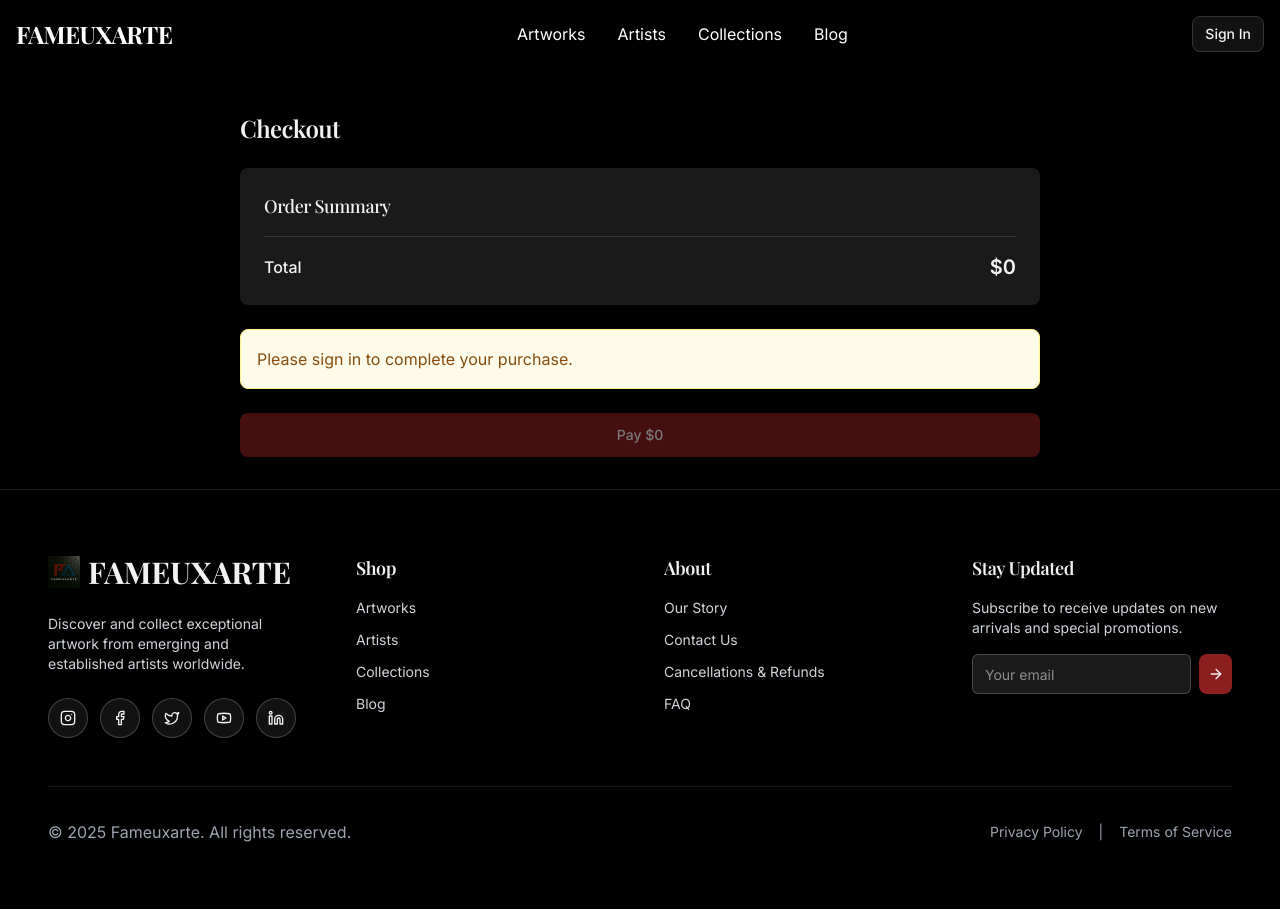
Repository: Arunkumar158/fameuxarte.com
Page: /checkout
An editor plug-in stored every save of this project. The page is shown before and after the next save, followed by the edit.
The browser window is 1280 px wide. The pictures show the whole page.
The page's requests for data from a server got no answer. Backgrounds fixed to the window are drawn as part of the page. The project was rebuilt for these pictures with package versions that can differ from the ones it lists, and the page was loaded fresh each time. No one was signed in, and anything a server would have sent is missing. Also part of the build but not shown: vite.config.ts, src/components/ui/tooltip.tsx, src/components/ui/dropdown-menu.tsx, src/components/shared/CurrencySelector.tsx, src/components/navigation/MobileMenu.tsx, src/components/home/HeroSection.tsx, src/components/home/AboutSection.tsx, src/components/ui/separator.tsx and 42 more.

Above is the page before, as saved 2025-07-13 14:49:39.

After the next save:
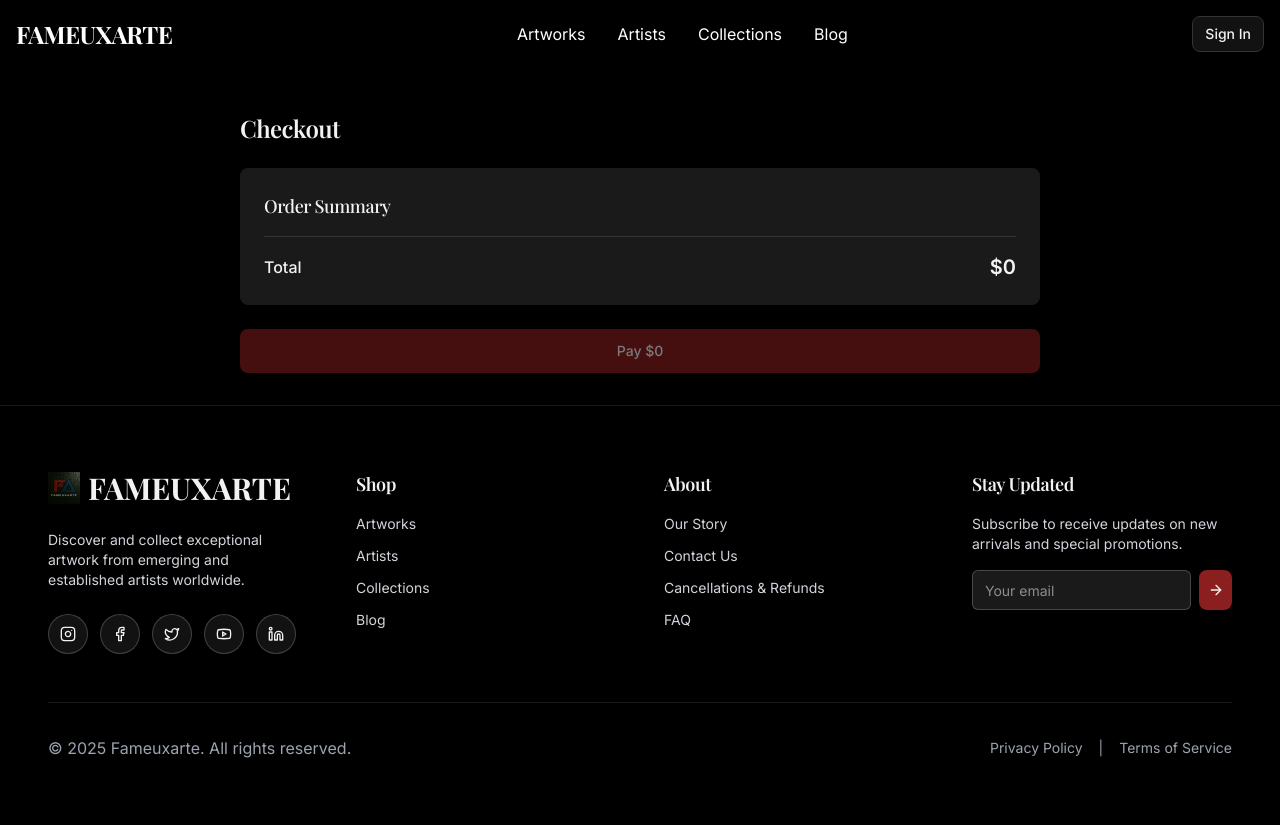
Saved 4 min 57 s later.
--- a/src/pages/Checkout.tsx
+++ b/src/pages/Checkout.tsx
@@ -5,7 +5,6 @@ import { Button } from "@/components/ui/button";
 import MainLayout from "@/components/layouts/MainLayout";
 import { supabase } from "@/integrations/supabase/client";
 import { useToast } from "@/hooks/use-toast";
-import { useAuth } from "@/contexts/AuthContext";
 
 declare global {
   interface Window {
@@ -15,7 +14,6 @@ declare global {
 
 const Checkout = () => {
   const { items, removeFromCart } = useCart();
-  const { user } = useAuth();
   const [isProcessing, setIsProcessing] = useState(false);
   const navigate = useNavigate();
   const { toast } = useToast();
@@ -25,64 +23,12 @@ const Checkout = () => {
     try {
       setIsProcessing(true);
 
-      if (!user) {
-        toast({
-          variant: "destructive",
-          title: "Authentication Required",
-          description: "Please sign in to complete your purchase.",
-        });
-        navigate('/auth');
-        return;
-      }
-
-      // Create order in database first
-      const { data: orderRecord, error: orderError } = await supabase
-        .from('orders')
-        .insert({
-          user_id: user.id,
-          total_amount: total,
-          status: 'pending',
-          billing_address: null, // Will be updated later
-          shipping_address: null, // Will be updated later
-        })
-        .select()
-        .single();
-
-      if (orderError) {
-        console.error('Error creating order record:', orderError);
-        throw new Error('Failed to create order');
-      }
-
-      // Create order items
-      const orderItems = items.map(item => ({
-        order_id: orderRecord.id,
-        artwork_id: item.artwork.id,
-        quantity: item.quantity,
-        price_at_purchase: item.artwork.price,
-      }));
-
-      const { error: itemsError } = await supabase
-        .from('order_items')
-        .insert(orderItems);
-
-      if (itemsError) {
-        console.error('Error creating order items:', itemsError);
-        throw new Error('Failed to create order items');
-      }
-
-      // Create Razorpay order
-      const { data: orderData, error: razorpayError } = await supabase.functions.invoke('create-order', {
-        body: {
-          items,
-          totalAmount: total,
-          orderId: orderRecord.id
-        }
+      // Create order on server
+      const { data: orderData, error: orderError } = await supabase.functions.invoke('create-order', {
+        body: { items, totalAmount: total }
       });
 
-      if (razorpayError) {
-        console.error('Razorpay order creation error:', razorpayError);
-        throw razorpayError;
-      }
+      if (orderError) throw orderError;
 
       // Load Razorpay script
       const script = document.createElement('script');
@@ -91,34 +37,30 @@ const Checkout = () => {
 
       script.onload = () => {
         const options = {
-          key: import.meta.env.VITE_RAZORPAY_KEY_ID || "rzp_test_i99VSCi7UUbsms", // Fallback to test key
+          key: "rzp_test_i99VSCi7UUbsms",
           amount: orderData.amount,
           currency: orderData.currency,
           order_id: orderData.id,
-          name: 'Fameuxarte Gallery',
+          name: 'Gallery Canvas',
           description: 'Art Purchase',
           handler: async (response: any) => {
             try {
-              console.log('Payment response:', response);
-
               // Verify payment
               const { error: verifyError } = await supabase.functions.invoke('verify-payment', {
                 body: {
                   razorpay_order_id: response.razorpay_order_id,
                   razorpay_payment_id: response.razorpay_payment_id,
                   razorpay_signature: response.razorpay_signature,
-                  orderId: orderRecord.id, // Pass our order ID
                 }
               });
 
               if (verifyError) {
-                console.error('Payment verification error:', verifyError);
                 toast({
                   variant: "destructive",
-                  title: "Payment Verification Failed",
-                  description: "Unable to verify your payment. Please contact support.",
+                  title: "Payment Failed",
+                  description: "Unable to verify your payment. Please try again.",
                 });
-                navigate('/payment-failed?type=verification_failed&message=Payment verification failed');
+                navigate('/payment-failed');
                 return;
               }
 
@@ -128,7 +70,7 @@ const Checkout = () => {
               }
 
               toast({
-                title: "Payment Successful!",
+                title: "Payment Successful",
                 description: "Your order has been placed successfully!",
               });
               navigate('/order-success');
@@ -139,24 +81,22 @@ const Checkout = () => {
                 title: "Payment Failed",
                 description: "An error occurred while processing your payment.",
               });
-              navigate('/payment-failed?type=network_error&message=Network error during payment processing');
+              navigate('/payment-failed');
             }
           },
           modal: {
             ondismiss: function() {
-              console.log('Payment cancelled by user');
               toast({
                 variant: "destructive",
                 title: "Payment Cancelled",
-                description: "You cancelled the payment process. Your cart items are still available.",
+                description: "You cancelled the payment process.",
               });
-              // Don't navigate to payment-failed for cancellation
-              // User can try again from checkout
+              navigate('/payment-failed');
             }
           },
           prefill: {
-            name: user?.user_metadata?.full_name || '',
-            email: user?.email || '',
+            name: 'John Doe',
+            email: 'john@example.com',
           },
           theme: {
             color: '#6366f1',
@@ -169,18 +109,14 @@ const Checkout = () => {
         rzp.open();
       };
 
-      script.onerror = () => {
-        throw new Error('Failed to load Razorpay script');
-      };
-
     } catch (error) {
       console.error('Checkout error:', error);
       toast({
         variant: "destructive",
-        title: "Checkout Failed",
-        description: error instanceof Error ? error.message : "Unable to process your payment. Please try again.",
+        title: "Checkout failed",
+        description: "Unable to process your payment. Please try again.",
       });
-      navigate('/payment-failed?type=general&message=' + encodeURIComponent(error instanceof Error ? error.message : "Checkout failed"));
+      navigate('/payment-failed');
     } finally {
       setIsProcessing(false);
     }
@@ -211,19 +147,11 @@ const Checkout = () => {
             </div>
           </div>
 
-          {!user && (
-            <div className="bg-yellow-50 border border-yellow-200 rounded-lg p-4">
-              <p className="text-yellow-800">
-                Please sign in to complete your purchase.
-              </p>
-            </div>
-          )}
-
           <Button
             className="w-full"
             size="lg"
             onClick={handlePayment}
-            disabled={isProcessing || items.length === 0 || !user}
+            disabled={isProcessing || items.length === 0}
           >
             {isProcessing ? "Processing..." : `Pay $${total.toLocaleString()}`}
           </Button>
